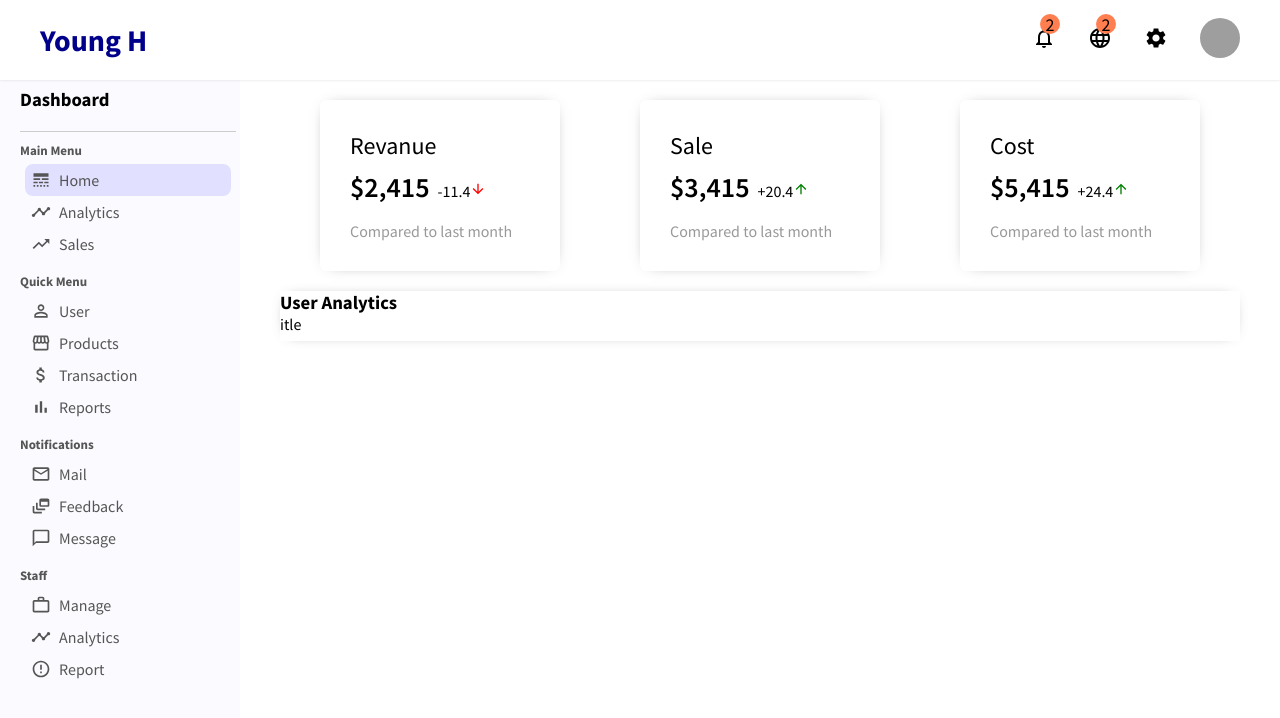
Repository: noname20011/admin
Page: /
The author's editor kept a copy of each file at every save. The page is drawn from the files as they stood at one save, then again after a run of saves.
The browser window is 1280 px wide. The pictures show the whole page.
Pictures or frames that could not be fetched are drawn as grey boxes. The project was rebuilt for these pictures with package versions that can differ from the ones it lists, and the page was loaded fresh each time.

Above is the page before, as saved 2021-11-13 11:26:43.

After the next 2 saves:
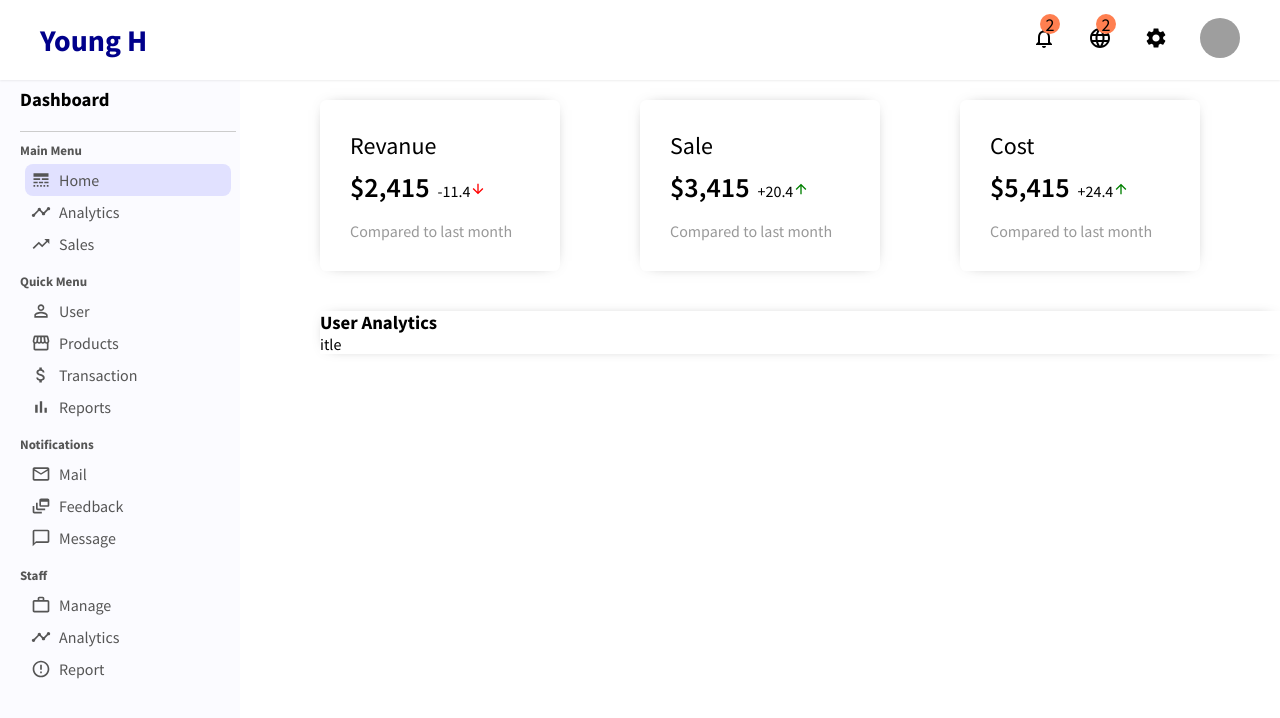
The 2 saves are shown as one change because they came seconds apart.
The last was saved 17 s later.
--- a/src/comopnents/chart/chart.css
+++ b/src/comopnents/chart/chart.css
@@ -1,6 +1,6 @@
 .chart {
     width: 100%;
-    height: 50px;
     -webkit-box-shadow: 0px 0px 15px -10px rgba(0, 0, 0, 0.75);
     box-shadow: 0px 0px 15px -10px rgba(0, 0, 0, 0.75);
+    margin: 20px 40px;
 }
